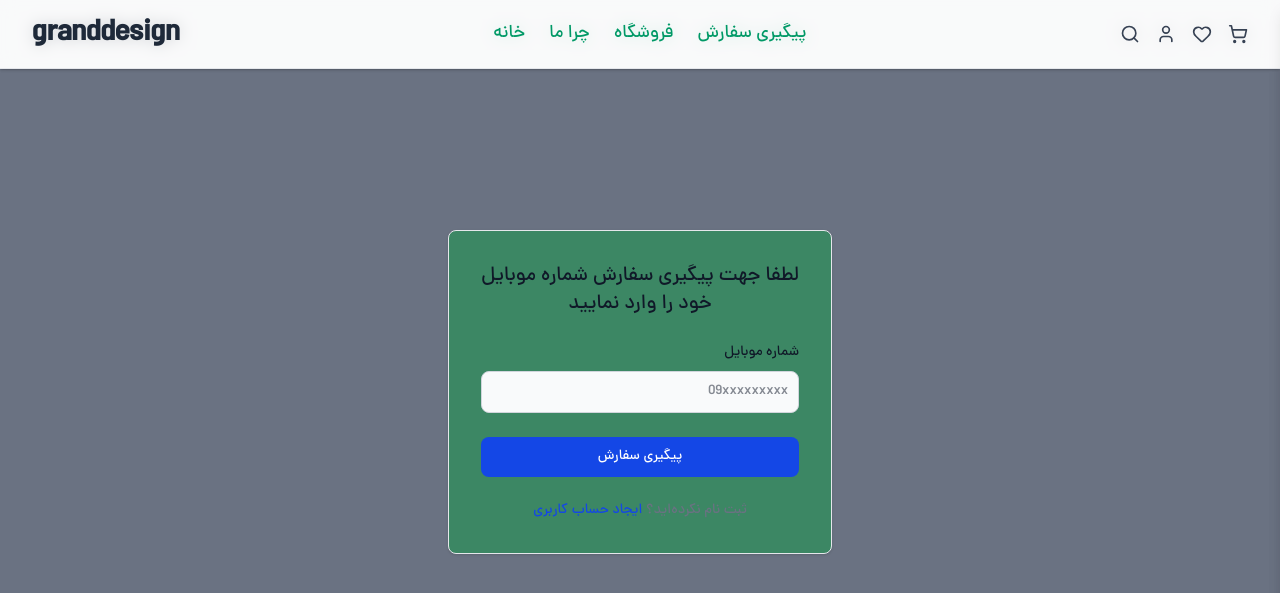
Repository: Aihan-2005/granddesign.frontend
Page: /productTracking
An editor plug-in stored every save of this project. The page is shown before and after the next save, followed by the edit.
The browser window is 1280 px wide. The pictures show the whole page.
The project was rebuilt for these pictures with package versions that can differ from the ones it lists, and the page was loaded fresh each time. The framework's server and built-in components were replaced by stand-ins that run in the browser. Also part of the build but not shown: next.config.mjs, src/components/store/modal/Search.jsx, src/zustand/useAuthStore.jsx, src/components/store/modal/Login.jsx, src/components/store/modal/CartModal.jsx, src/components/store/modal/FavoritesModal.jsx.

Above is the page before, as saved 2025-09-16 01:44:21.

After the next save:
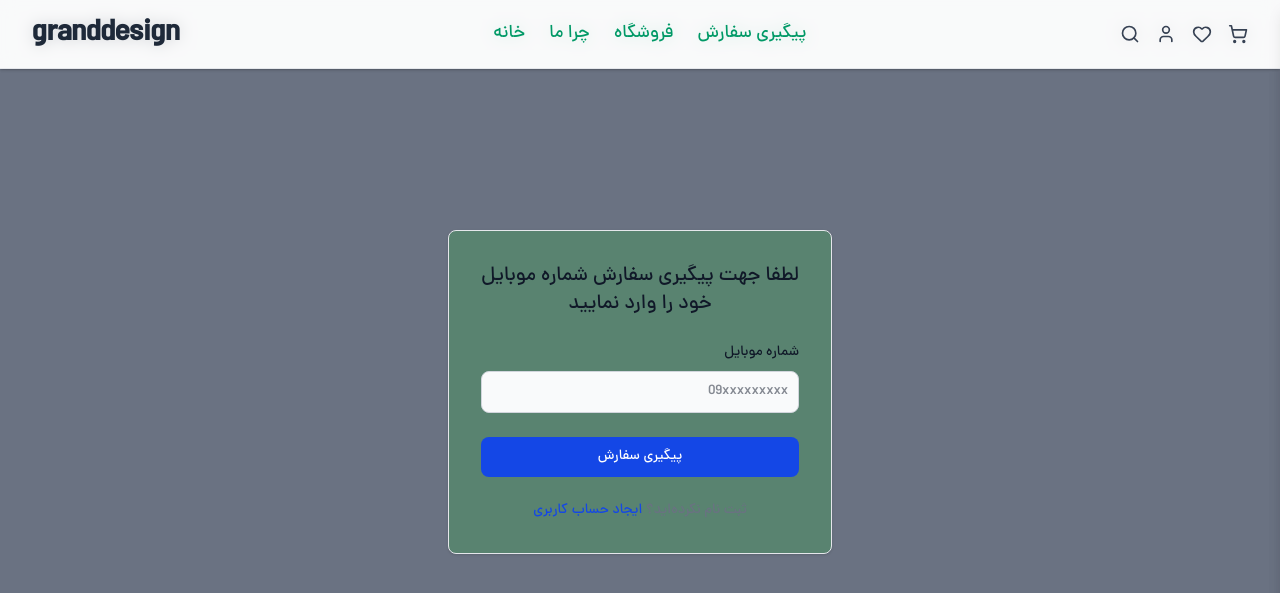
Saved 13 s later.
--- a/src/app/(fullpage)/productTracking/page.jsx
+++ b/src/app/(fullpage)/productTracking/page.jsx
@@ -6,7 +6,7 @@ export default function ProductTracking() {
             <Header />
 
             <div className="flex items-center justify-center min-h-screen pt-16">
-                <div className="w-full max-w-sm p-4 bg-[#3c8764] border border-gray-200 rounded-lg shadow-sm sm:p-6 md:p-8 ">
+                <div className="w-full max-w-sm p-4 bg-[#598370] border border-gray-200 rounded-lg shadow-sm sm:p-6 md:p-8 ">
                     <form className="space-y-6" action="#">
                         <h5 className="text-xl font-medium text-gray-900 dark:text-white text-center">
                             لطفا جهت پیگیری سفارش شماره موبایل خود را وارد نمایید
